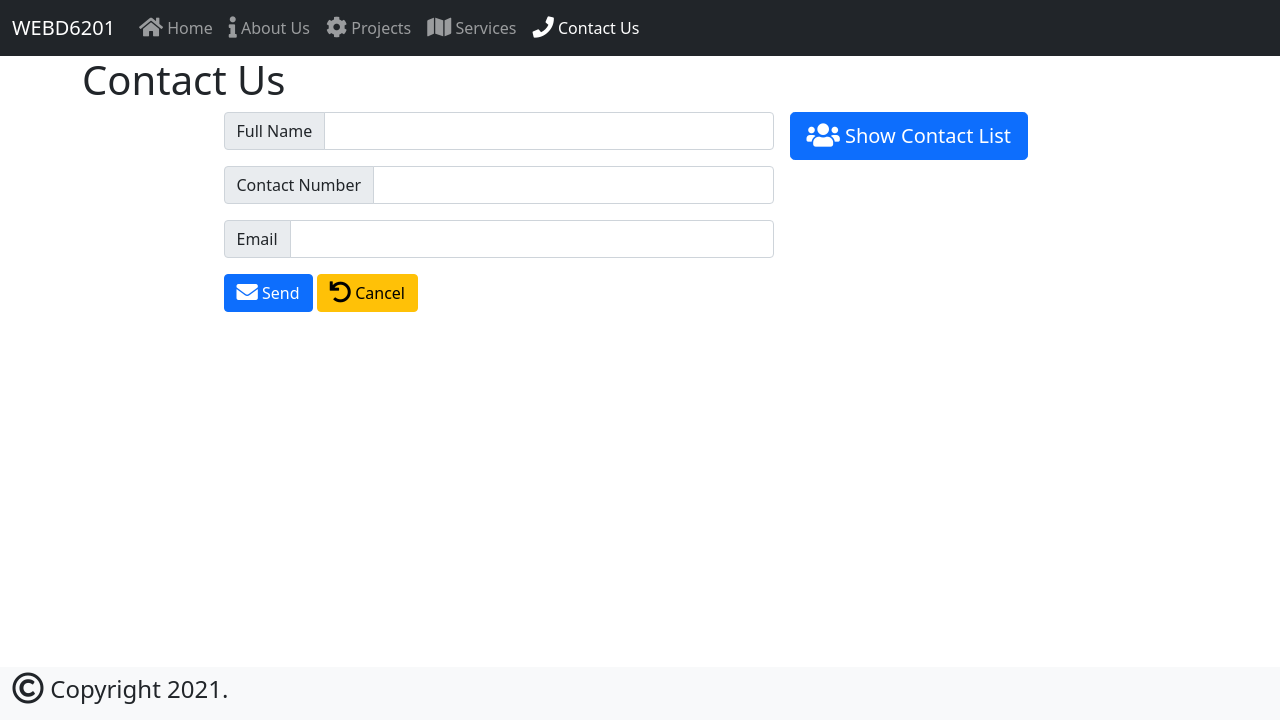
Repository: aphim/webd6201ICE6
Page: contact.html
The author's editor kept a copy of each file at every save. The page is drawn from the files as they stood at one save, then again after the next save.
The browser window is 1280 px wide. The pictures show the whole page.

Above is the page before, as saved 2021-02-04 08:43:49.

### contact.html
<!DOCTYPE html>
<html lang="en">
<head>
    <meta charset="UTF-8">
    <meta name="viewport" content="width=device-width, initial-scale=1.0">
    <title>Contact</title>
    <!-- CSS Section -->
    <link rel="stylesheet" href="./node_modules/bootstrap/dist/css/bootstrap.min.css">
    <link rel="stylesheet" href="./node_modules/@fortawesome/fontawesome-free/css/all.min.css">
    <link rel="stylesheet" href="./Content/app.css">
</head>
<body>
    <!-- Main Header -->
    <header>
        <!-- Main Navigation -->
        <nav class="navbar navbar-expand-lg navbar-dark bg-dark">
            <div class="container-fluid">
              <a class="navbar-brand" href="index.html">WEBD6201</a>
              <button class="navbar-toggler" type="button" data-bs-toggle="collapse" data-bs-target="#navbarSupportedContent" aria-controls="navbarSupportedContent" aria-expanded="false" aria-label="Toggle navigation">
                <span class="navbar-toggler-icon"></span>
              </button>
              <div class="collapse navbar-collapse" id="navbarSupportedContent">
                <ul class="navbar-nav me-auto mb-2 mb-lg-0">
                  <li class="nav-item">
                    <a class="nav-link" aria-current="page" href="index.html"><i class="fas fa-home fa-lg"></i> Home</a>
                  </li>

                  <li class="nav-item">
                    <a class="nav-link" aria-current="page" href="about.html"><i class="fas fa-info fa-lg"></i> About Us</a>
                  </li>

                  <li class="nav-item">
                    <a class="nav-link" aria-current="page" href="projects.html"><i class="fas fa-cog fa-lg"></i> Projects</a>
                  </li>

                  <li class="nav-item">
                    <a class="nav-link" aria-current="page" href="services.html"><i class="fas fa-map fa-lg"></i> Services</a>
                  </li>

                  <li class="nav-item">
                    <a class="nav-link active" aria-current="page" href="contact.html"><i class="fas fa-phone fa-lg"></i> Contact Us</a>
                  </li>
                </ul>
              </div>
            </div>
          </nav>
    </header>

    <!-- Main Content -->
    <main class="container">
        <h1>Contact Us</h1>
        <div id="messageArea"></div>

        <div class="row justify-content-lg-center g-3">
          <form class="col-lg-6 col-md-10 col-sm-10">

            <div class="input-group mb-3">
              <span class="input-group-text" id="inputGroup-sizing-default">Full Name </span>
              <input id="fullName" type="text" class="form-control" aria-label="Full Name" aria-describedby="Full Name Input"
              name="fullName" required>
            </div>

            <div class="input-group mb-3">
              <span class="input-group-text" id="inputGroup-sizing-default">Contact Number</span>
              <input id="contactNumber" type="tel" class="form-control" aria-label="Contact Number" aria-describedby="Contact Number Input"
              name="contactNumber" required>
            </div>

            <div class="input-group mb-3">
              <span class="input-group-text" id="inputGroup-sizing-default">Email</span>
              <input id="emailAddress" type="email" class="form-control" aria-label="Email Address" aria-describedby="Email Address Input"
              name="emailAddress" required>
            </div>

            <button id="sendButton" type="submit" class="btn btn-primary"><i class="fas fa-envelope fa-lg"></i> Send</button>
            <button id="cancelButton" type="reset" class="btn btn-warning"><i class="fas fa-undo fa-lg"></i> Cancel</button>
          </form>

          <div class="col-lg-3 col-md-3">
            <a href="contact-list.html" class="btn btn-primary btn-lg"><i class="fas fa-users fa-lg"></i> Show Contact List</a>
          </div>
        </div>


    </main>

    <!-- Main Footer -->
    <footer>
        <nav class="navbar fixed-bottom navbar-light bg-light">
            <div class="container-fluid">
              <h4><i class="far fa-copyright fa-lg"></i> Copyright 2021.</h4>
            </div>
          </nav>
    </footer>

    <!-- Script Section-->
    <script src="./node_modules/jquery/dist/jquery.min.js"></script>
    <script src="./node_modules/bootstrap/dist/js/bootstrap.bundle.min.js"></script>
    <script src="./Scripts/namespace.js"></script>
    <script src="./Scripts/contact.js"></script>
    <script src="./Scripts/app.js"></script>
</body>
</html>

### Scripts/namespace.js

//namespace core
let core;

### Scripts/contact.js
"use strict";
// Contact Class

((core)=>{
  class Contact {
    // getters and setters
    get FullName()
    {
      return this.m_fullName;
    }

    set FullName(value)
    {
      this.m_fullName = value;
    }

    get ContactNumber()
    {
      return this.m_contactNumber;
    }

    set ContactNumber(value)
    {
      this.m_contactNumber = value;
    }

    get EmailAddress()
    {
      return this.m_emailAddress;
    }

    set EmailAddress(value)
    {
      this.m_emailAddress = value;
    }

    // constructor

    /**
     * @param {string} fullName
     * @param {string} contactNumber
     * @param {string} emailAddress
     */
    constructor(fullName = "", contactNumber = "", emailAddress = "")
    {
      this.FullName = fullName;
      this.ContactNumber = contactNumber;
      this.EmailAddress = emailAddress;
    }

    // methods

    /**
     * This method overrides the built-in toString method for the Contact class
     *
     * @returns {string}
     */
    toString()
    {
      return `Full Name     : ${this.FullName} \nContact Number: ${this.ContactNumber}\nEmail Address : ${this.EmailAddress}`;
    }

    /**
     * This method returns a JSON object made up of the properties of the Contact class
     *
     * @returns {Object}
     */
    toJSON()
    {
      return {
        "fullName": this.FullName,
        "contactNumber": this.ContactNumber,
        "emailAddress": this.EmailAddress
      }
    }

    /**
     * This method converts the Contact into a comma-separated value string
     *
     * @returns {string}
     */
    serialize()
    {
      if(this.FullName !== "" && this.ContactNumber !== "" && this.EmailAddress !== "")
      {
        return `${this.FullName},${this.ContactNumber},${this.EmailAddress}`;
      }
      else
      {
        console.error("One or more properties of the Contact is empty");
        return null;
      }
    }

    /**
     * This method takes a comma-separated data string and assigns the values to the Contact class properties
     *
     * @param {string} data
     * @return {void}
     */
    deserialize(data)
    {
      let propertyArray = data.split(",");
      this.FullName = propertyArray[0];
      this.ContactNumber = propertyArray[1];
      this.EmailAddress = propertyArray[2];
    }
  }

core.Contact = Contact;

})(core || (core={}));

### Scripts/app.js
/* custom JavaScript goes here */

//IIFE - Immediately Invoked Function Expression
//AKA - Anonymous Self-Executing Function
//Closure - limits scope leak

"use strict";


((core) =>
{
    function displayHome()
    {

      $("button").on("mouseover", () =>
      {
        console.log("mouseover button - jquery");
      });

      let myButton = document.querySelectorAll("button")[0];
       myButton.addEventListener("click", function()
      {
        console.log("clicked button - js");
      });

      console.log(myButton);


        let paragraphOneText =
          "This is a simple site to demonstrate DOM Manipulation for ICE 1";

        let paragraphOneElement = document.getElementById("paragraphOne");

        paragraphOneElement.textContent = paragraphOneText;
        paragraphOneElement.className = "fs-5";

        // Step 1. document.createElement
        let newParagraph = document.createElement("p");
        // Step 2. configure the element
        newParagraph.setAttribute("id", "paragraphTwo");
        newParagraph.textContent = "...And this is paragraph two";
        // Step 3. select the parent element
        let mainContent = document.getElementsByTagName("main")[0];
        // Step 4. Add / Insert the element
        mainContent.appendChild(newParagraph);

        newParagraph.className = "fs-6";

        // another way of injecting content
        let paragraphDiv = document.createElement("div");
        let paragraphThree = `<p id="paragraphThree" class="fs-7 fw-bold">And this is the Third Paragraph</p>`;
        paragraphDiv.innerHTML = paragraphThree;

        // insertions

        // example of inserting before a node
        //newParagraph.before(paragraphDiv);

        // example of inserting after a node
        newParagraph.after(paragraphDiv);

        // deletions

        // example of removing a single element
        //paragraphOneElement.remove();

        // example of removeChild
        mainContent.removeChild(paragraphOneElement);

        // update / modification
        //mainContent.firstElementChild.textContent = "Welcome Home!";

        mainContent.innerHTML = `<h1 id="firstHeading">Welcome to WEBD6201 - Lab 1</h1>
         <p id="paragraphOne" class="fs-3 fw-bold">This is my first Paragraph</p>
        `;

    }

    function displayAbout()
    {

    }

    function displayProjects()
    {

    }

    function displayServices()
    {

    }

    function displayContact()
    {
      $("#messageArea").hide();

      $("#fullName").on("blur", ()=>{
          if($("#fullName").val().length < 2)
          {
            $("#fullName").trigger("focus").trigger("select");

            $("#messageArea").show().addClass("alert alert-danger").text("Please enter an appropriate Name");

          }
          else
          {
            $("#messageArea").removeAttr("class");
            $("#messageArea").hide();

          }

        });

        $("#sendButton").on("click", ()=>{

          let contact = new core.Contact(fullName.value, contactNumber.value, emailAddress.value);

          if(contact.serialize())
          {
            localStorage.setItem((localStorage.length + 1).toString(), contact.serialize());
          }

        });

    }

    function displayContactList()
    {
      if (localStorage.length > 0)
      {
        let contactList = document.getElementById("contactList");

        let data = "";

        for (let index = 0; index < localStorage.length; index++)
        {
          let contactData = localStorage.getItem((index + 1).toString());

          let contact = new core.Contact();
          contact.deserialize(contactData);

          data += `<tr>
          <th scope="row">${index + 1}</th>
          <td>${contact.FullName}</td>
          <td>${contact.ContactNumber}</td>
          <td>${contact.EmailAddress}</td>
        </tr>`;
        }

        contactList.innerHTML = data;
      }
    }



    function Start()
    {
        console.log("App Started...");

        switch (document.title)
        {
          case "Home":
              displayHome();
            break;
          case "About":
              displayAbout();
            break;
          case "Projects":
              displayProjects();
            break;
          case "Services":
              displayServices();
            break;
          case "Contact":
              displayContact();
            break;
          case "Contact-List":
            displayContactList();
          break;
        }

    }

    window.addEventListener("load", Start);

    core.Start = Start;

}) (core || (core={}));

Loaded but not shown: node_modules/bootstrap/dist/css/bootstrap.min.css (library); node_modules/@fortawesome/fontawesome-free/css/all.min.css (library); Content/app.css (common file); node_modules/jquery/dist/jquery.min.js (library); node_modules/bootstrap/dist/js/bootstrap.bundle.min.js (library)

After the next save:
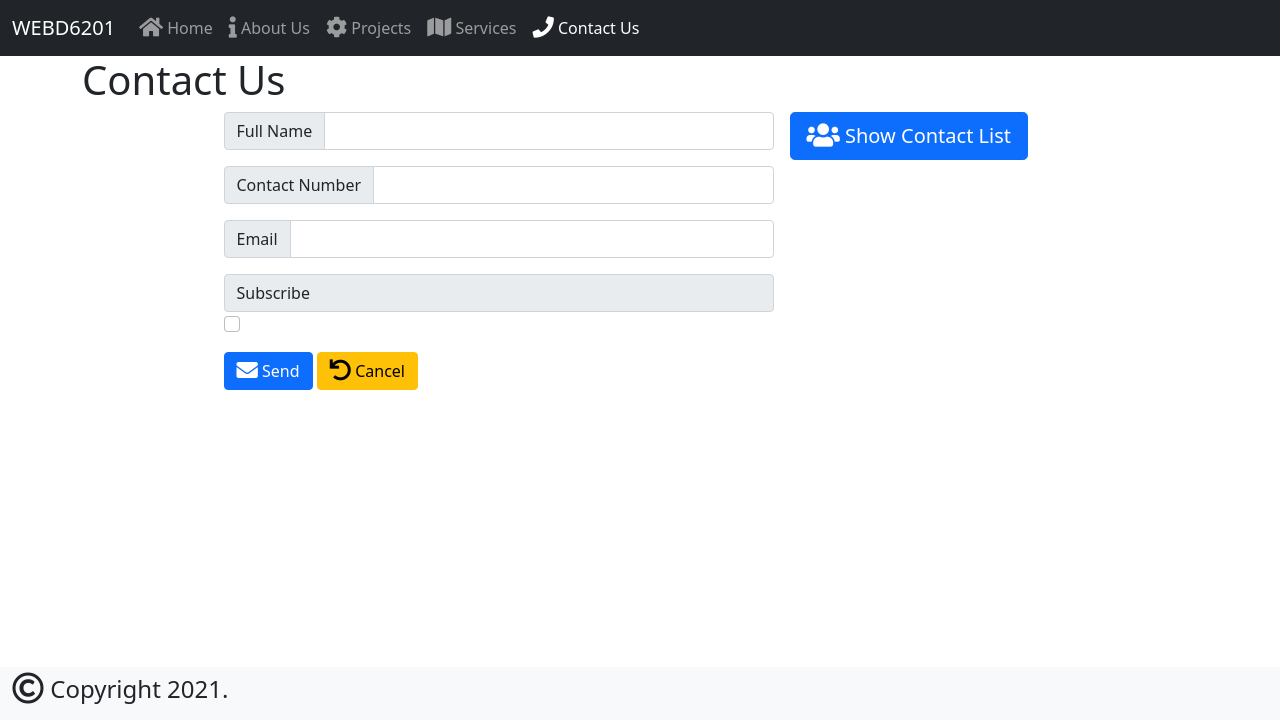
Saved 23 min 26 s later.
--- a/contact.html
+++ b/contact.html
@@ -72,6 +72,11 @@
               name="emailAddress" required>
             </div>
 
+            <div class="input-groun mb-3">
+              <span class="input-group-text" id="inputGroup-sizing-default">Subscribe</span>
+              <input class="form-check-input" type="checkbox" value="" id="subscribeCheckbox" name="subscribeCheckbox">
+            </div>
+
             <button id="sendButton" type="submit" class="btn btn-primary"><i class="fas fa-envelope fa-lg"></i> Send</button>
             <button id="cancelButton" type="reset" class="btn btn-warning"><i class="fas fa-undo fa-lg"></i> Cancel</button>
           </form>
